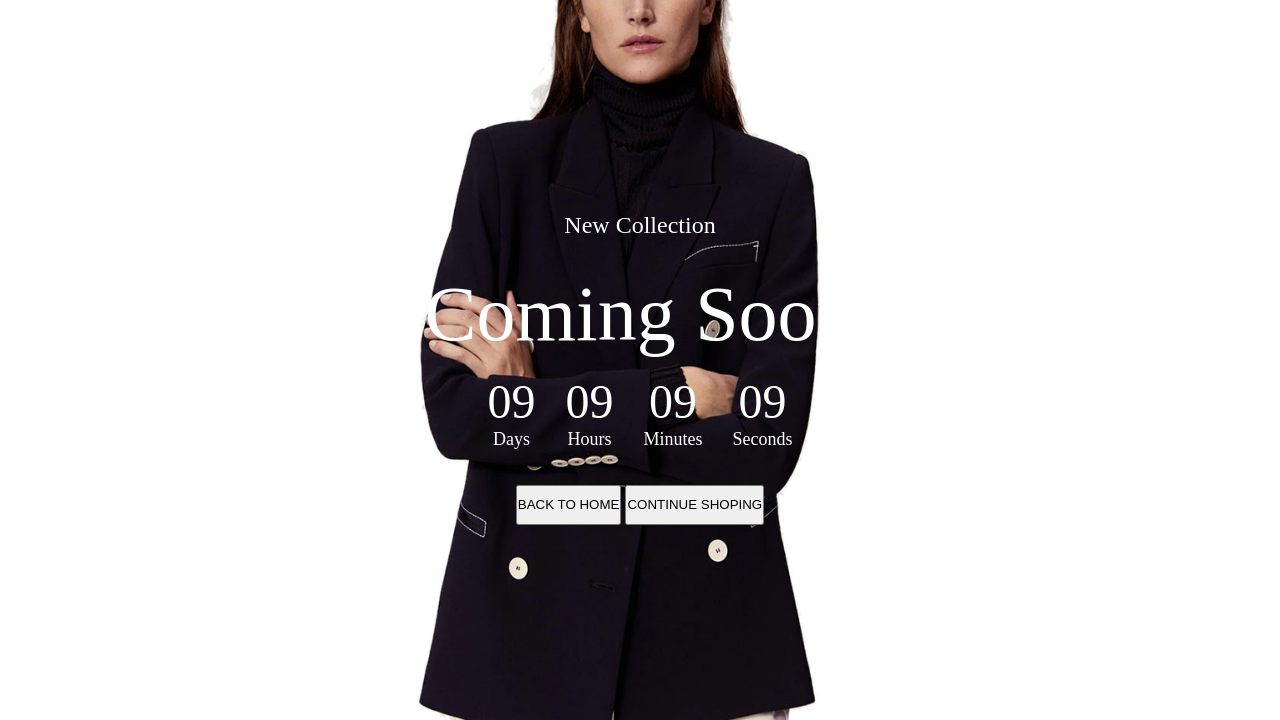
Repository: ST-United-Internship/Modaz-4life
Page: comingsoon&FAQ/coming-soon.html
These files come from the project's save history. The page is drawn as it stood at one moment and after the next save; the edit follows.
The browser window is 1280 px wide. The pictures show the whole page.

Above is the page before, as saved 2023-03-21 15:01:01.

After the next save:
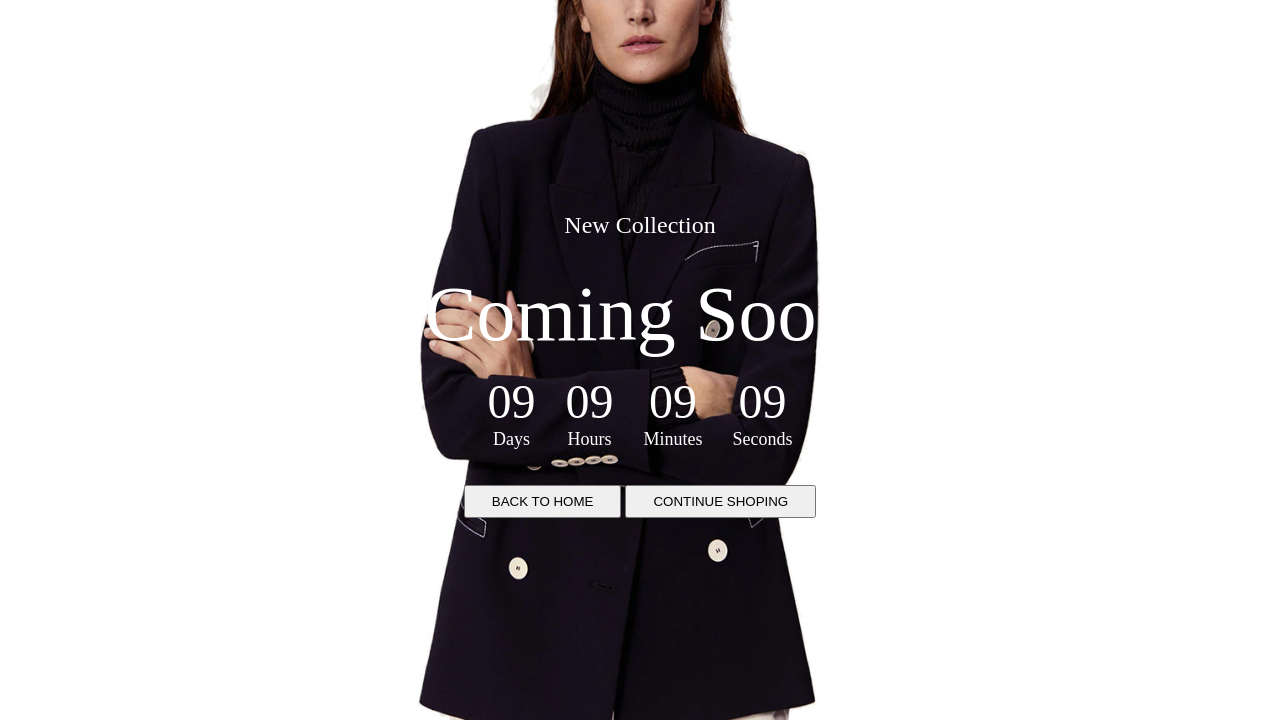
Saved 16 s later.
--- a/comingsoon&FAQ/css/layout.css
+++ b/comingsoon&FAQ/css/layout.css
@@ -117,5 +117,5 @@ body .container{
 }
 
 .flat-button button{
-    height: 100%;
+    padding: 7px 26px;
 }
